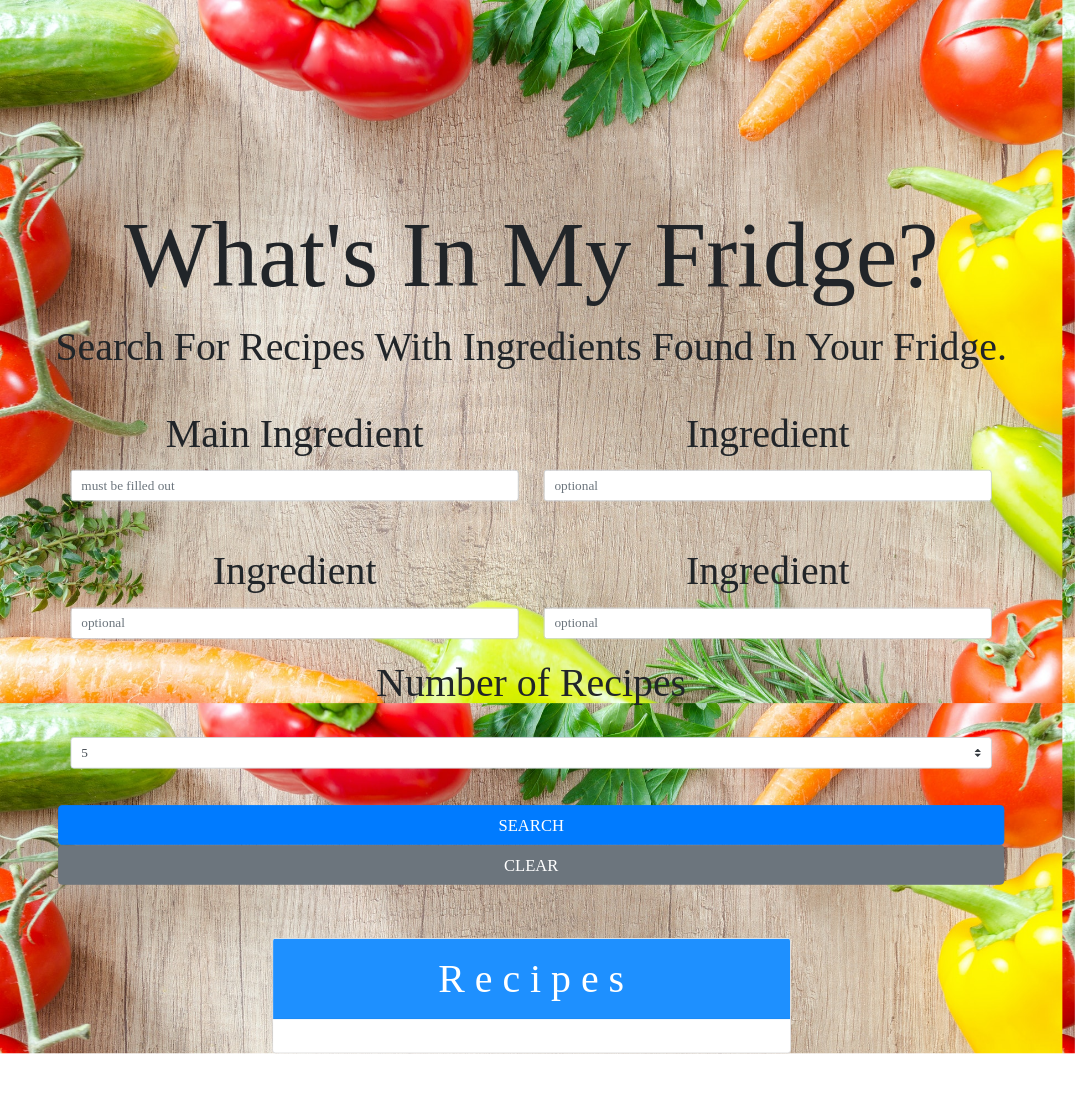
Repository: ogipajic/Recipe_API
Page: index.html
An editor plug-in stored every save of this project. The page is shown before and after the next save, followed by the edit.
The browser window is 1280 px wide. The page is 1295 px wide, so the pictures cover 1295 px, including what lies to the right of the window. The pictures show the whole page, at 83% of full size.
The page's requests for data from a server got no answer. Backgrounds fixed to the window are drawn as part of the page. Some web fonts or font styles are not loaded; a fallback is used.

Above is the page before, as saved 2020-07-13 16:31:26.

After the next save:
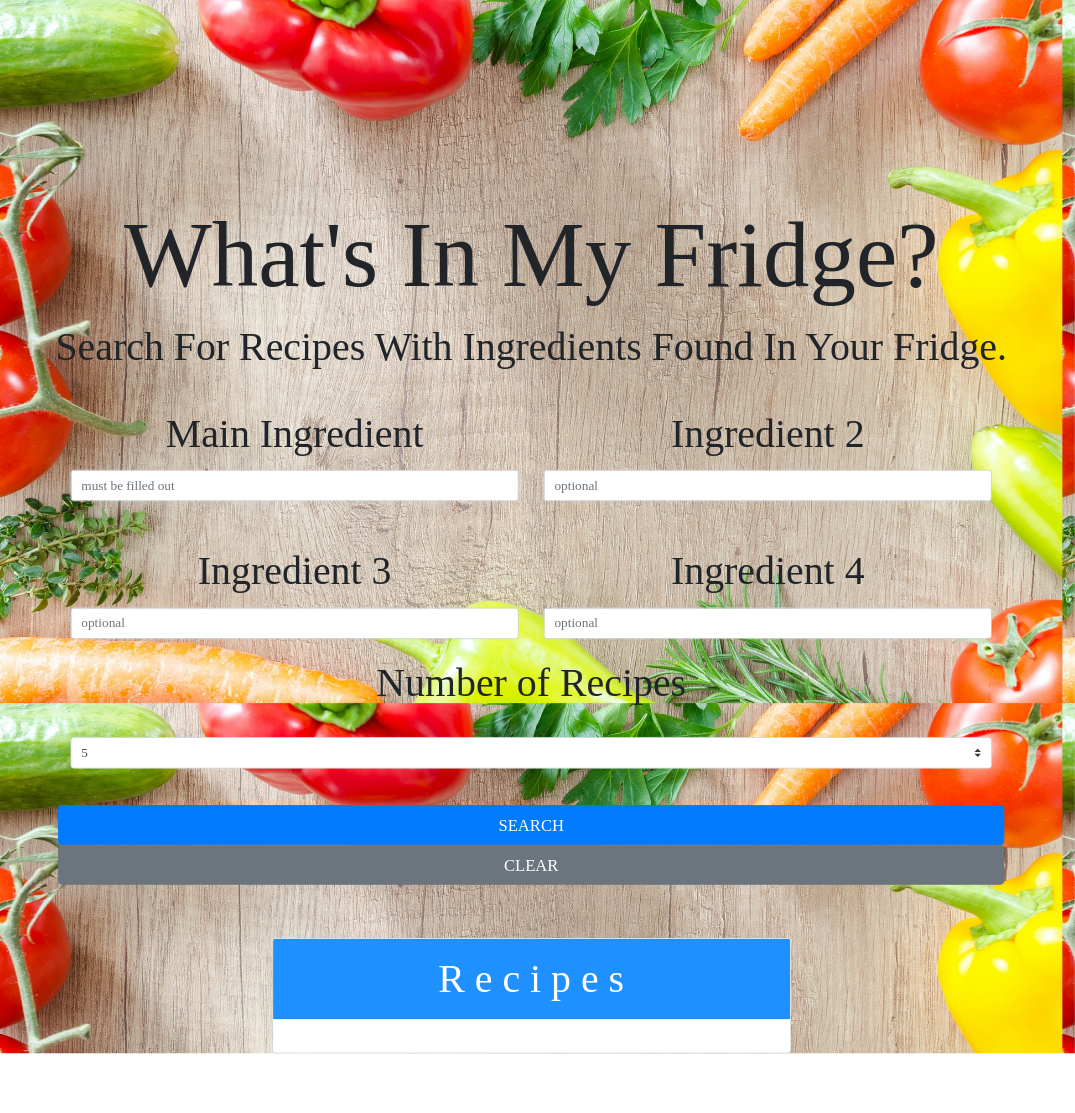
Saved 31 s later.
--- a/index.html
+++ b/index.html
@@ -44,7 +44,7 @@
               </div>
               <div class="col-sm-6">
         <div class="form-group">
-            <label for="exampleFormControlInput1">Ingredient</label>
+            <label for="exampleFormControlInput1">Ingredient 2</label>
             <input type="text" class="form-control" id="exampleFormControlInput1" placeholder="optional">
           </div>
           </div>
@@ -52,13 +52,13 @@
         <div class="row">
             <div class="col-sm-6">
           <div class="form-group">
-            <label for="exampleFormControlInput1">Ingredient</label>
+            <label for="exampleFormControlInput1">Ingredient 3 </label>
             <input type="text" class="form-control" id="exampleFormControlInput1" placeholder="optional">
           </div>
         </div>
         <div class="col-sm-6">
           <div class="form-group">
-            <label for="exampleFormControlInput1">Ingredient</label>
+            <label for="exampleFormControlInput1">Ingredient 4</label>
             <input type="text" class="form-control" id="exampleFormControlInput1" placeholder="optional">
           </div>
           </div>
